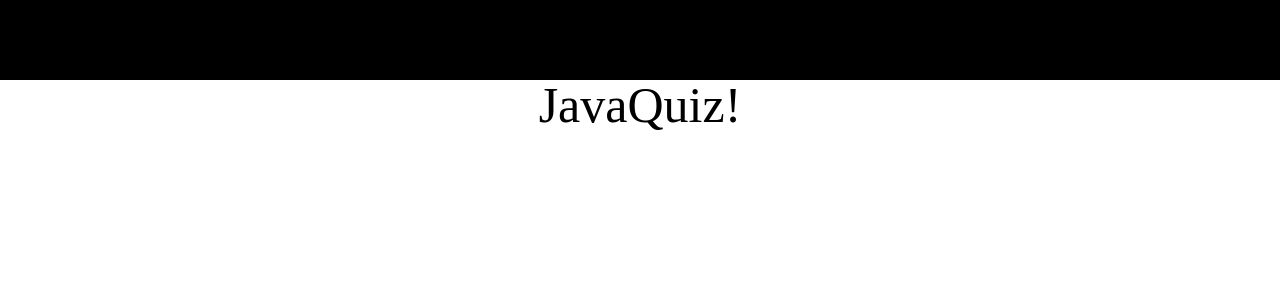
Repository: Pauldan1988/timed-quiz
Page: index.html
An editor plug-in stored every save of this project. The page is shown before and after the next save, followed by the edit.
The browser window is 1280 px wide. The pictures show the whole page.

Above is the page before, as saved 2023-01-15 12:16:42.

After the next save:
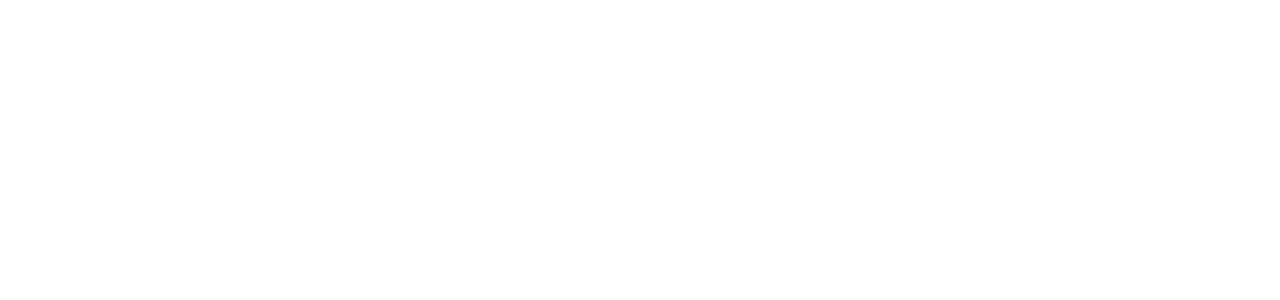
Console error: SyntaxError: Invalid or unexpected token
Saved 15 s later.
--- a/assets/script.js
+++ b/assets/script.js
@@ -113,4 +113,4 @@
     // const scoreHeader
 
 
-}
+}8q

After the save that followed:
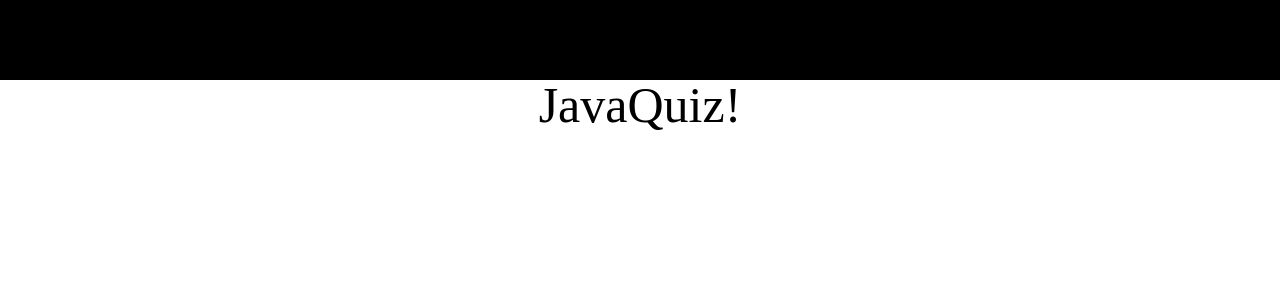
The error is gone.
Saved 13 s later.
--- a/assets/script.js
+++ b/assets/script.js
@@ -80,37 +80,37 @@
 
 
 
-const containerE1 = document.getElementById("quizlet")
+// const containerE1 = document.getElementById("quizlet")
 
-function dashboard() {
-    const dashContainer = document.createElement("div")
+// function dashboard() {
+//     const dashContainer = document.createElement("div")
 
-    const dashHeader = document.createElement("header")
-    dashHeader.textContent = "Quizlet"
-    // dashHeader.classList.add("")
-    const logoh1 = document.createElement("h1")
-    logoh1.textContent = "QZ"
-    // logoh1.classList.add("")
-    const dashButton = document.createElement("button")
-    dashButton.textContent = "Scores"
-    dashButton.addEventListener("click", function () {
+//     const dashHeader = document.createElement("header")
+//     dashHeader.textContent = "Quizlet"
+//     // dashHeader.classList.add("")
+//     const logoh1 = document.createElement("h1")
+//     logoh1.textContent = "QZ"
+//     // logoh1.classList.add("")
+//     const dashButton = document.createElement("button")
+//     dashButton.textContent = "Scores"
+//     dashButton.addEventListener("click", function () {
 
-    })
-    dashHeader.appendChild(logoh1)
-    dashHeader.appendChild(dashButton)
-    dashContainer.appendChild(dashHeader)
-    return dashContainer
-}
+//     })
+//     dashHeader.appendChild(logoh1)
+//     dashHeader.appendChild(dashButton)
+//     dashContainer.appendChild(dashHeader)
+//     return dashContainer
+// }
 
-dashboard()
+// dashboard()
 
-function scoreSheet() {
-    const scoreDiv = document.createElement = createElement("div")
+// function scoreSheet() {
+//     const scoreDiv = document.createElement = createElement("div")
 
-    const scoreHeader = document.createElement = createElement("header")
-    scoreHeader.textContent = "Congratulations! Your score is"
-    // scoreHeader.classList.add("")
-    // const scoreHeader
+//     const scoreHeader = document.createElement = createElement("header")
+//     scoreHeader.textContent = "Congratulations! Your score is"
+//     // scoreHeader.classList.add("")
+//     // const scoreHeader
 
 
-}8q
+// }8q
